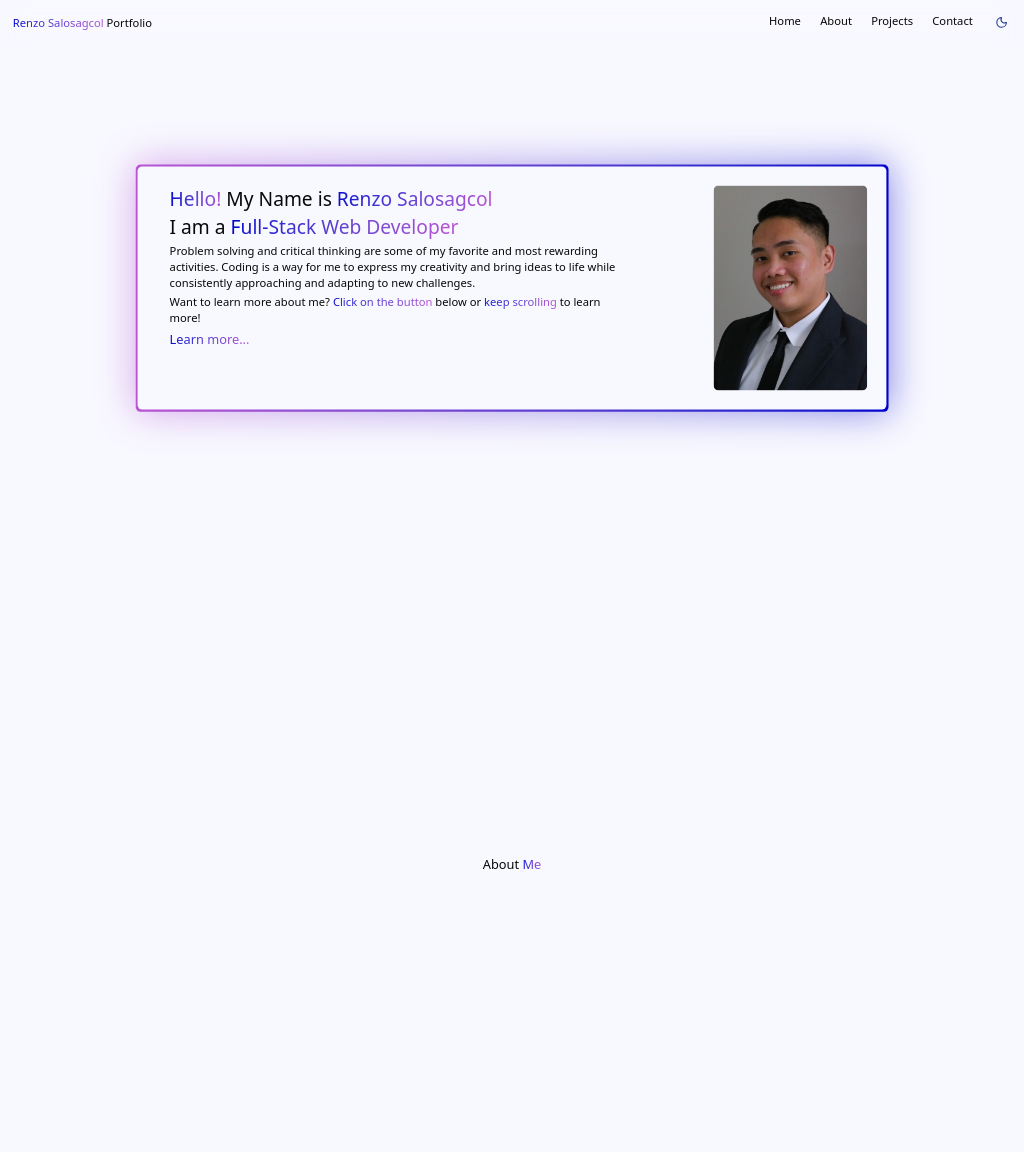
Repository: Renzo-Salosagcol/Updated_Personal_Portfolio
Page: /
An editor plug-in stored every save of this project. The page is shown before and after the next save, followed by the edit.
The browser window is 1280 px wide. The pictures show the whole page, at 80% of full size.
The project was rebuilt for these pictures with package versions that can differ from the ones it lists, and the page was loaded fresh each time. Also part of the build but not shown: vite.config.js, src/pages/NotFound.jsx.

Above is the page before, as saved 2025-10-09 21:15:52.

### index.html
<!doctype html>
<html lang="en">
  <head>
    <meta charset="UTF-8" />
    <link rel="icon" type="image/svg+xml" href="/vite.svg" />
    <meta name="viewport" content="width=device-width, initial-scale=1.0" />
    <title>updated-personal-portfolio</title>
  </head>
  <body>
    <div id="root"></div>
    <script type="module" src="/src/main.jsx"></script>
  </body>
</html>

### src/index.css
@import "tailwindcss";

@theme {
  --color-background: var(--background);
  --color-foreground: var(--foreground);

  --color-primary: var(--primary);
  --color-secondary: var(--secondary);

  --animate-fade-in: fade-in 1s ease-in forwards;
}

@layer base {
  /* Light Theme */
  :root {
    --background: #f8f8ff; /* Ghost White */
    --foreground: #080808; /* Vampire Black */

    --primary: #0000cd; /* Medium Blue */
    --secondary: #ba55d3; /* Medium Orchid */
  }

  /* Dark Theme */
  .dark {
    --background: #080808; /* Vampire Black */
    --foreground: #f8f8ff; /* Ghost White */

    --primary: #ff0800; /* Candy Apple Red */
    --secondary: #fefc22; /* Laser Lemon */
  }

  html {
    @apply scroll-smooth;
  }

  body {
    @apply bg-background text-foreground transition-colors duration-300;
  }
}

@property --gradient-angle {
  syntax: "<angle>";
  initial-value: 0deg;
  inherits: false;
}

@keyframes spin {
  from {
    --gradient-angle: 0deg;
  }
  to {
    --gradient-angle: 360deg;
  }
}

@keyframes fade-in {
  0% {
    opacity: 0;
    transform: translateY(20px);
  }
  100% {
    opacity: 1;
    transform: translateY(0);
  }
}

@utility container {
  margin-inline: auto;
  padding-inline: 1rem;
}

@utility after-gradient-border {
  @apply absolute h-[101.5%] w-[100.5%] top-1/2 left-1/2 -translate-x-1/2 -translate-y-1/2 rounded-md -z-10 bg-gradient-to-l from-primary to-secondary;
  content: '';
  /* animation: 3s spin linear infinite; */
}

@utility before-gradient-border {
  @apply after-gradient-border;
  filter: blur(1.5rem);
  opacity: 0.5;
}

@utility gradient-text {
  @apply text-transparent bg-clip-text bg-gradient-to-r from-primary to-secondary transition-colors duration-300;
}

@utility gradient-button {
  @apply after:after-gradient-border after:w-[103%] before:before-gradient-border gradient-text z-0;
}

@utility gradient-button-inner {
  @apply flex h-full w-full items-center justify-center rounded-full bg-background gradient-text z-10
}

@utility gradient-border {
  @apply after:after-gradient-border before:before-gradient-border
}

@utility glassmorphism {
  @apply bg-background/30 backdrop-blur-lg
}

### src/App.jsx
import { BrowserRouter, Routes, Route } from "react-router-dom"
import { Home } from "./pages/Home"
import { NotFound } from "./pages/NotFound"

function App() {
  return (
    <BrowserRouter>
      <Routes>
        <Route path="/" element={<Home />} />
        <Route path="*" element={<NotFound />} />
      </Routes>
    </BrowserRouter>
  )
}

export default App

### src/pages/Home.jsx
import { Background } from "../components/Background"
import { Navbar } from "../components/Navbar"
import { Hero } from "../components/Hero"
import { About } from "../components/About"

export const Home = () => {
  return (
    <div id="home" className="w-full h-screen">
      {/* Background */}
      <Background />


      {/* Navbar */}
      <Navbar />

      {/* Main */}
      <Hero />
      <About />

      {/* Footer */}
    </div>
  )
}

### src/components/Background.jsx


export const Background = () => {
  return (
    <div className="fixed inset-0 overflow-hidden pointer-events-none -z-40 bg-background w-screen h-screen">
    </div>
  )
}

### src/components/Navbar.jsx
import { ThemeToggle } from './ThemeToggle'

const items = [
  { name: 'Home', href: '#home' },
  { name: 'About', href: '#about' },
  { name: 'Projects', href: '#projects' },
  { name: 'Contact', href: '#contact' },
]

export const Navbar = () => {
  return (
    <nav className="fixed top-0 left-0 w-full p-2 flex items-center justify-between glassmorphism z-40 text-sm md:text-md text-foreground">
      <a href="#home" className="p-2"><span className="gradient-text">Renzo Salosagcol</span> Portfolio</a>
      <ul className="flex gap-6 p-2">
        {items.map(item => (
          <li key={item.name}
            className="hover:gradient-text transition-all duration-300 relative">
            <a href={item.href}>{item.name}</a>
          </li>
        ))}
        <li><ThemeToggle /></li>
      </ul>
    </nav>
  )
}

### src/components/Hero.jsx
import GradientButton from "./GradientButton";

export const Hero = () => {
  return (
    <main className="relative min-h-screen flex items-center justify-center max-w-10/12 rounded-md container z-0">
      <div className="z-0 relative gradient-border opacity-0 animate-fade-in">
        <div className="w-full h-full relative container flex flex-cols md:flex-rows justify-between gap-6 rounded-md p-6 bg-background">
          <div className="container flex flex-col gap-1">
            <h1 className="text-lg md:text-xl lg:text-2xl">
              <span className="gradient-text">Hello! </span>
              My Name is
              <span className="gradient-text"> Renzo Salosagcol</span>
            </h1>
            <h1 className="text-lg md:text-xl lg:text-2xl">I am a <span className="gradient-text">Full-Stack Web Developer</span></h1>
            <h3 className="w-md md:w-lg lg:w-xl text-sm">Problem solving and critical thinking are some of my favorite and most rewarding activities. Coding is a way for me to express my creativity and bring ideas to life while consistently approaching and adapting to new challenges.</h3>
            <h3 className="w-md md:w-lg lg:w-xl text-sm">Want to learn more about me?
              <span className="gradient-text"> Click on the button</span> below or
              <span className="gradient-text"> keep scrolling</span> to learn more!
            </h3>
            <a
              href="#about"
              className="relative"
            >
              <GradientButton content="Learn more..." />
            </a>
          </div>
          <div>
            <img
            src="../../headshot.jpeg"
            alt="Headshot Photo"
            className="rounded-md w-64 h-64 object-cover"
            />
          </div>
      </div>
      </div>
    </main>
  )
}

### src/components/About.jsx


export const About = () => {
  return (
    <section id="about" className="relative min-h-screen flex items-center justify-center max-w-10/12 rounded-md container z-0">
      <h1 className="top-0">About <span className="gradient-text">Me</span></h1>
    </section>
  )
}

### src/components/ThemeToggle.jsx
import { useState, useEffect } from "react"
import { Sun, Moon } from "lucide-react"

export const ThemeToggle = () => {
  const [isDark, setIsDark] = useState(false)

  useEffect(() => {
    const theme = localStorage.getItem("theme")
    if (theme) {
      setIsDark(theme === "dark")
      document.documentElement.classList.toggle("dark", theme === "dark")
    }
  }, [])

  const toggleTheme = () => {
    setIsDark(!isDark)
    document.documentElement.classList.toggle("dark", !isDark)
    localStorage.setItem("theme", !isDark ? "dark" : "light")
  }

  return (
    <button
      onClick={toggleTheme}
      className="max-sm:hidden p-1 z-50 rounded-full transition-color duration-300 focus:outline-hidden hover:cursor-pointer"
    >
      {isDark ? (
        <Sun className="h-4 w-4 text-yellow-300" />
      ) : (
        <Moon className="h-4 w-4 text-blue-900" />
      )}
    </button>

  )
}

### src/components/GradientButton.jsx
import React from "react";
import { props } from "react";

function GradientButton(props) {
  return (
    <button className="gradient-button">
        {props.content}
    </button>
  )
}

export default GradientButton;

Loaded but not shown: src/main.jsx (common file)

After the next save:
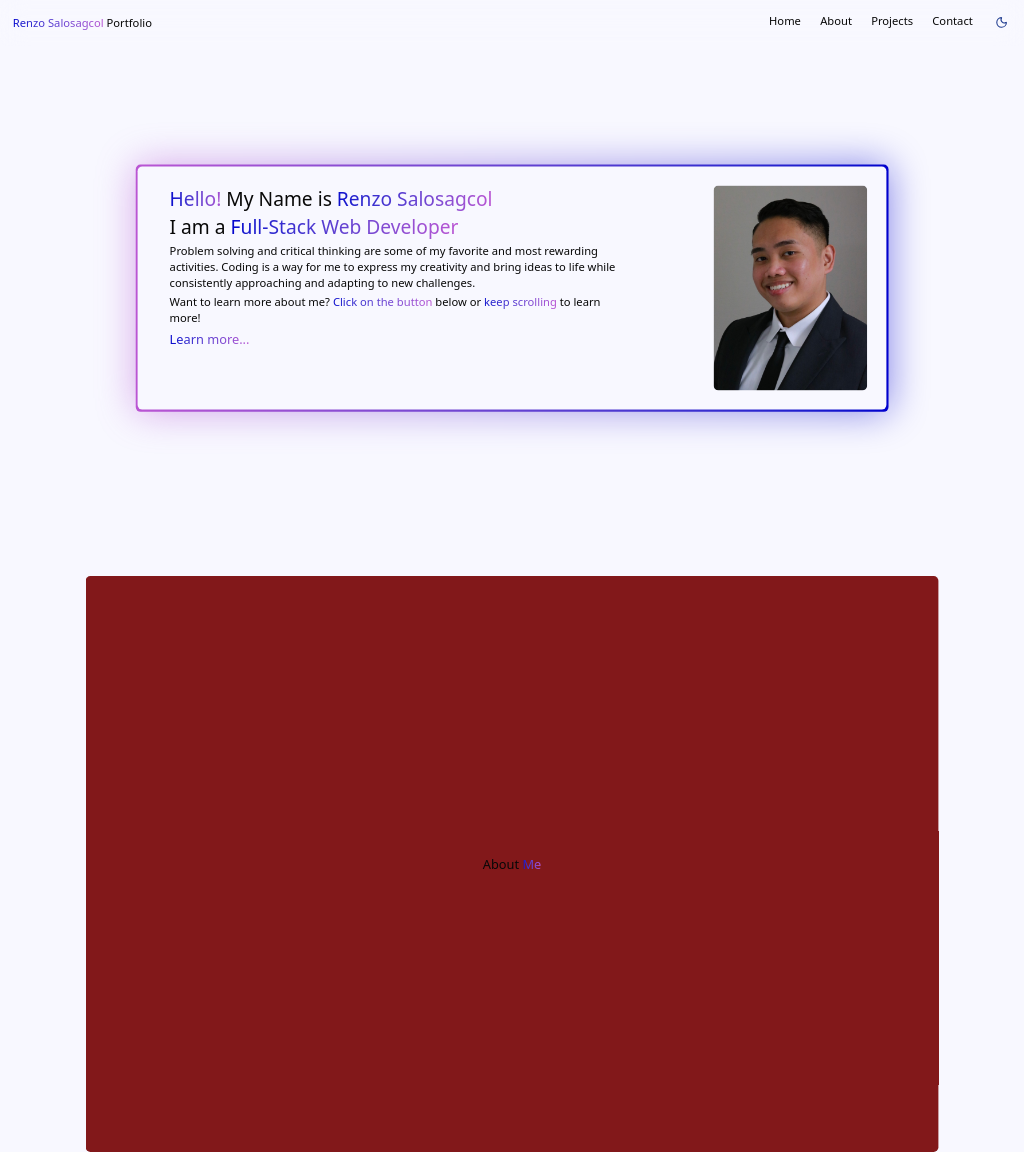
Saved 7 s later.
--- a/src/components/About.jsx
+++ b/src/components/About.jsx
@@ -2,7 +2,7 @@
 
 export const About = () => {
   return (
-    <section id="about" className="relative min-h-screen flex items-center justify-center max-w-10/12 rounded-md container z-0">
+    <section id="about" className="relative min-h-screen flex items-center justify-center max-w-10/12 rounded-md container z-0 bg-red-900">
       <h1 className="top-0">About <span className="gradient-text">Me</span></h1>
     </section>
   )
